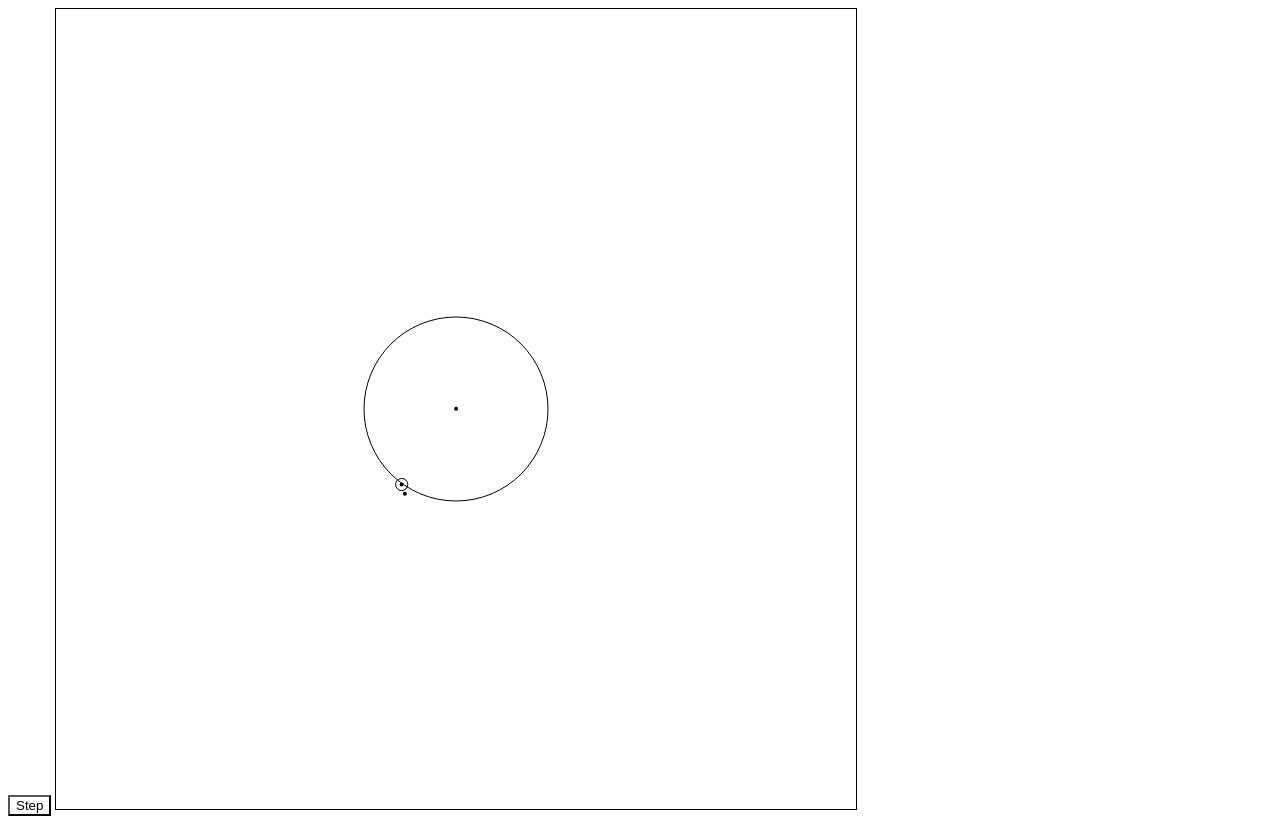
Repository: blahnikkai/n-body-simulation
Page: index.html
An editor plug-in stored every save of this project. The page is shown before and after the next save, followed by the edit.
The browser window is 1280 px wide. The pictures show the whole page.

Above is the page before, as saved 2024-02-22 16:00:42.

After the next save:
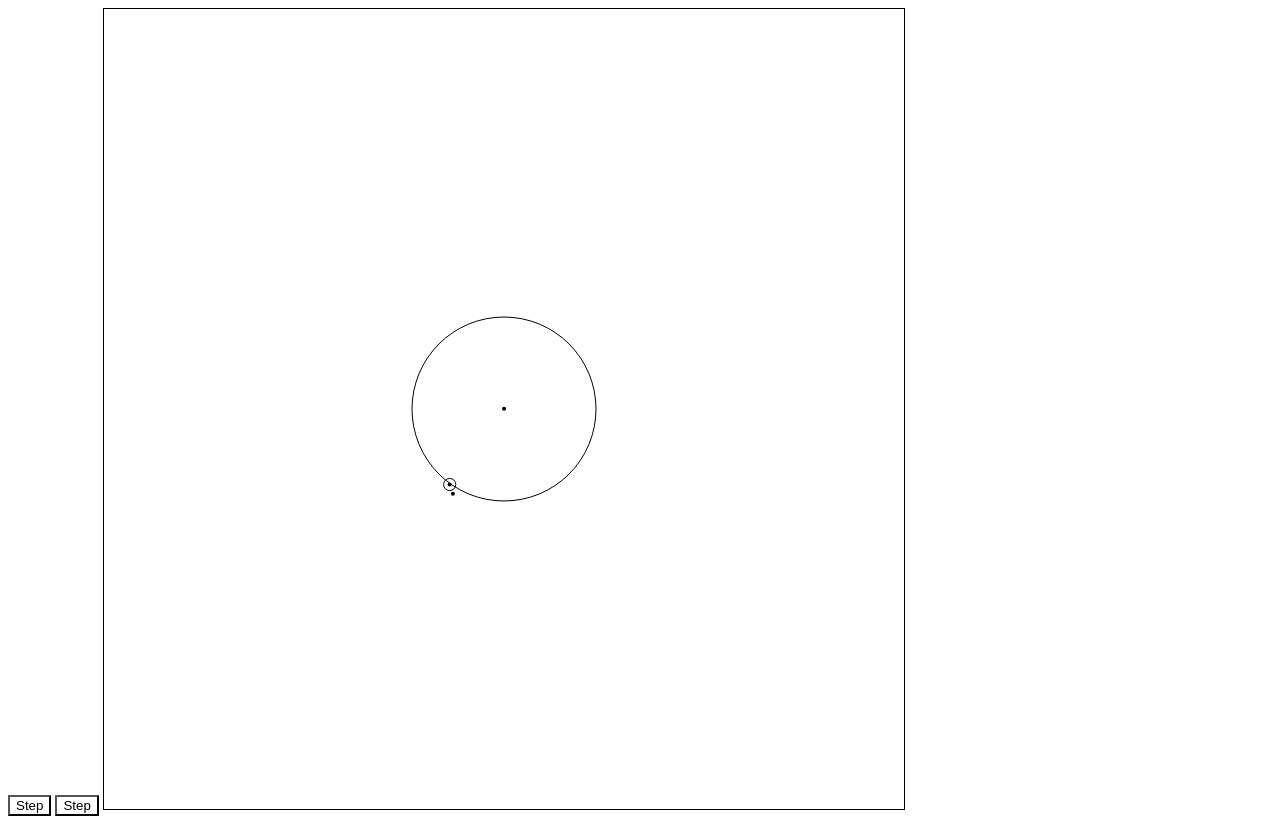
Saved 6 s later.
--- a/index.html
+++ b/index.html
@@ -9,6 +9,7 @@
     </head>
     <body>
         <button id="step">Step</button>
+        <button id="step">Step</button>
         <canvas id="canvas" width="800" height="800">
     </body>
 </html>
